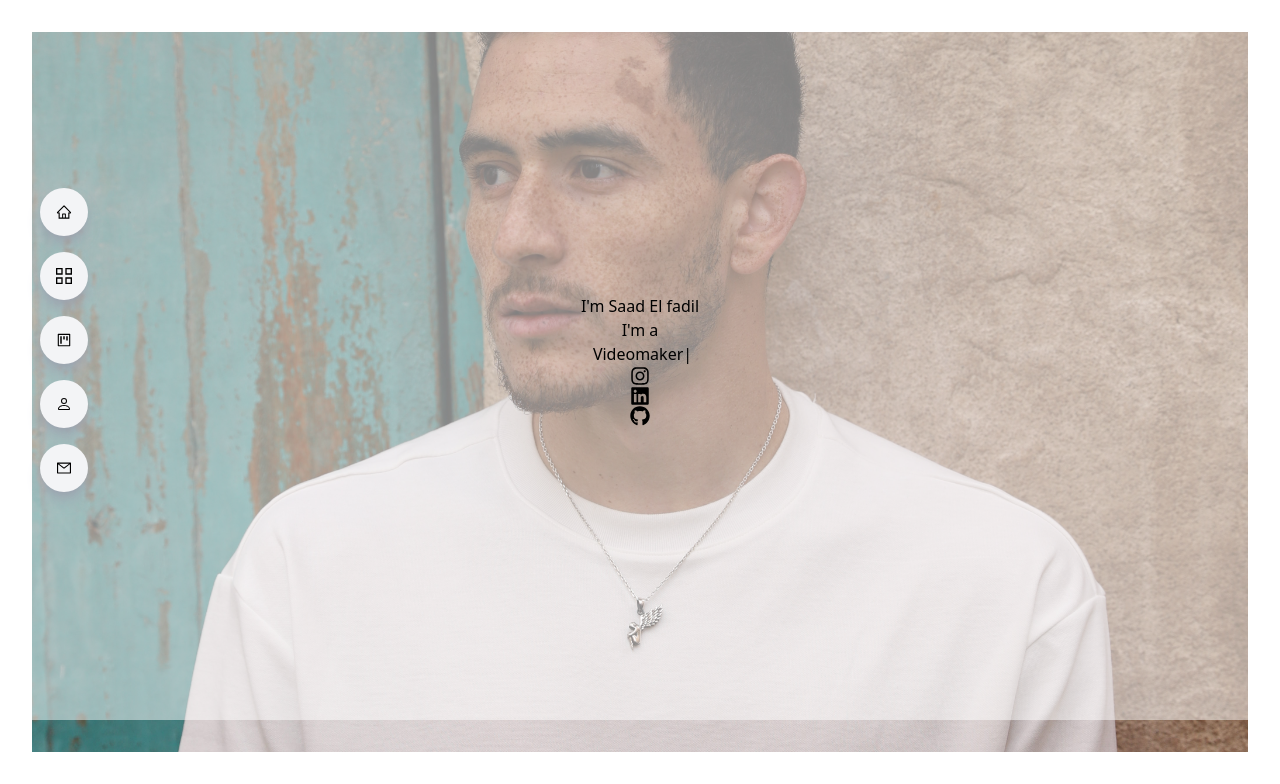
Repository: Saadelfadil/saadelfadil.github.io
Page: /
The author's editor kept a copy of each file at every save. The page is drawn from the files as they stood at one save, then again after the next save.
The browser window is 1280 px wide. The pictures show the whole page.
The project was rebuilt for these pictures with package versions that can differ from the ones it lists, and the page was loaded fresh each time. Also part of the build but not shown: vite.config.js.

Above is the page before, as saved 2023-02-26 16:50:45.

After the next save:
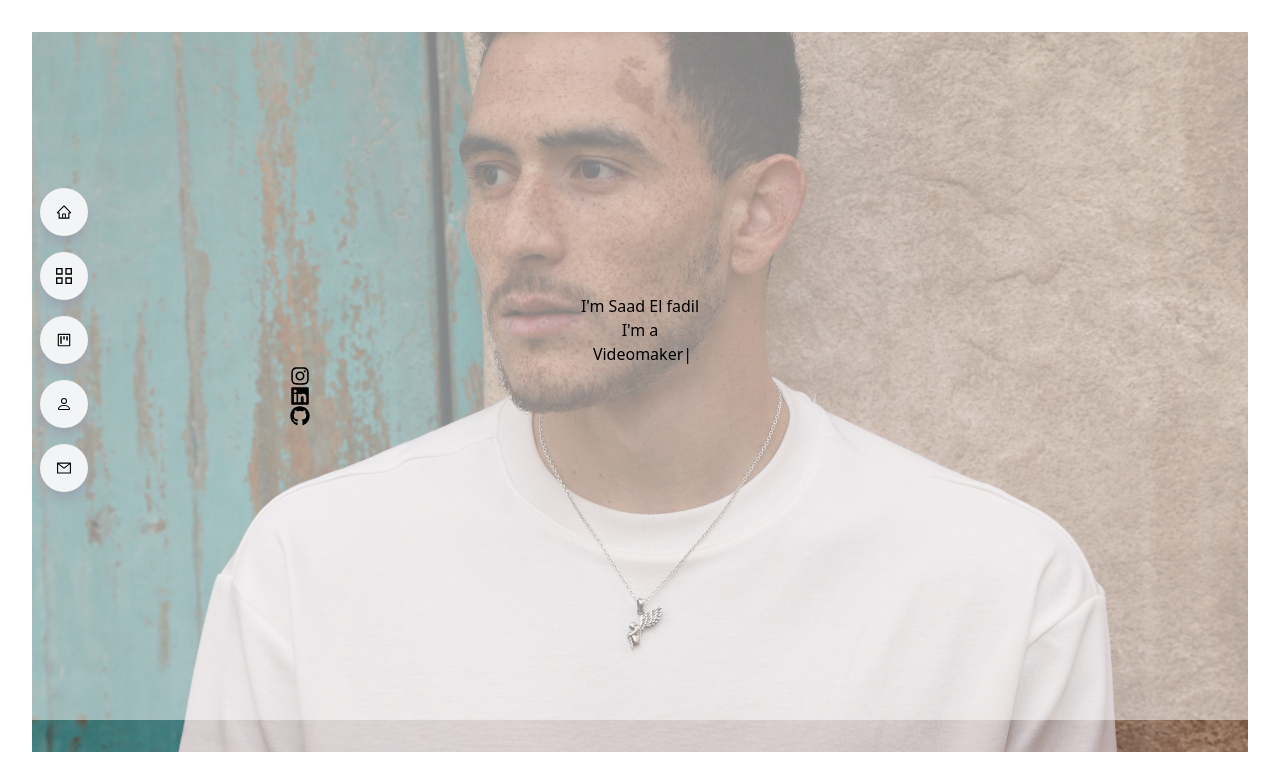
Saved 9 s later.
--- a/src/components/Main.jsx
+++ b/src/components/Main.jsx
@@ -7,7 +7,7 @@ const Main = () => {
     <div id="main">
         <img className="w-full h-screen object-cover object-right " src="/src/assets/saadelfadil.jpg" alt="saadelfadil" />
         <div className="w-full h-screen absolute top-0 left-0 bg-white/50 ">
-            <div className="max-w-[700px] m-auto h-full w-full flex flex-col items-center justify-center ">
+            <div className="max-w-[700px] m-auto h-full w-full flex flex-col justify-center ">
                 <h1>I'm Saad El fadil</h1>
                 <h2>I'm a
                     <TypeAnimation
